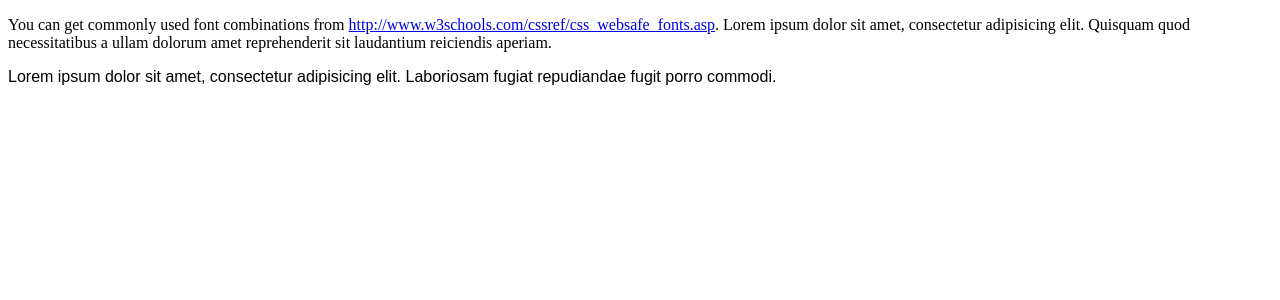
Repository: Aakarshit-Sharma19/Basic-HTML-and-CSS-Page-
Page: test.html
An editor plug-in stored every save of this project. The page is shown before and after the next save, followed by the edit.
The browser window is 1280 px wide. The pictures show the whole page.

Above is the page before, as saved 2020-11-08 11:33:28.

### test.html
<!DOCTYPE html>
<html>
<head>
<meta charset="utf-8">
<title>Styling Text</title>
<style>
.style {
    font-family: Arial, Helvetica, sans-serif;
}
</style>
</head>
<body>
<p>You can get commonly used font combinations from <a href="http://www.w3schools.com/cssref/css_websafe_fonts.asp">http://www.w3schools.com/cssref/css_websafe_fonts.asp</a>. Lorem ipsum dolor sit amet, consectetur adipisicing elit. Quisquam quod necessitatibus a ullam dolorum amet reprehenderit sit laudantium reiciendis aperiam. </p>
<p class="style">Lorem ipsum dolor sit amet, consectetur adipisicing elit. Laboriosam fugiat repudiandae fugit porro commodi.</p>
</body>
</html>

After the next save:
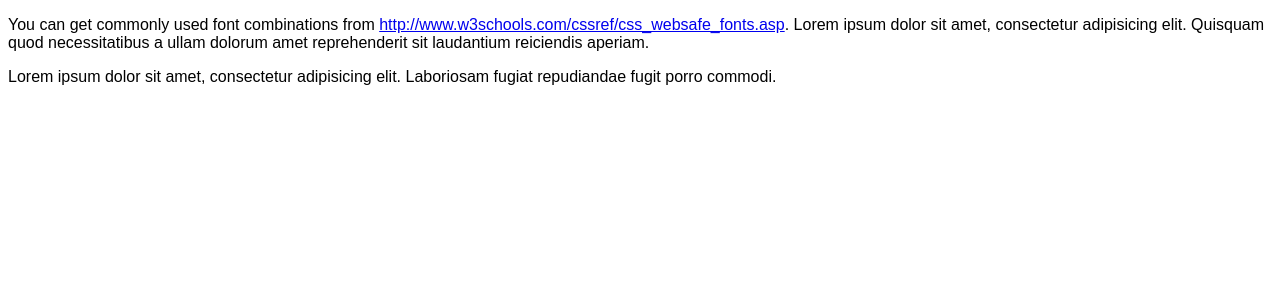
Saved 60 s later.
--- a/test.html
+++ b/test.html
@@ -4,7 +4,7 @@
 <meta charset="utf-8">
 <title>Styling Text</title>
 <style>
-.style {
+html {
     font-family: Arial, Helvetica, sans-serif;
 }
 </style>

After the save that followed:
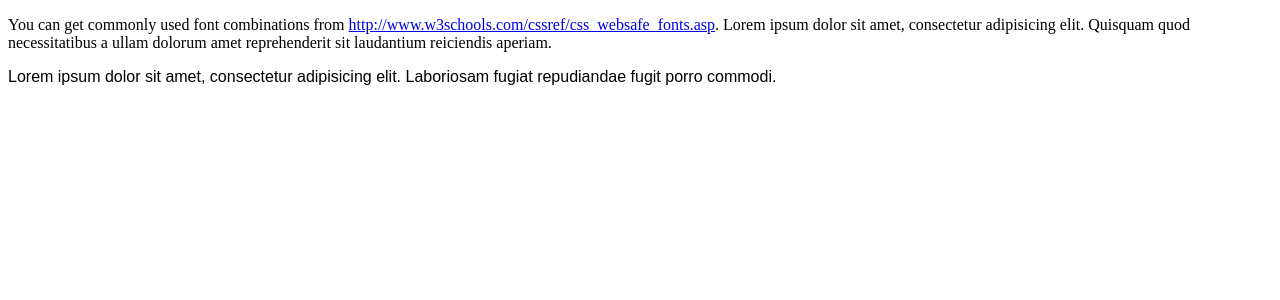
Saved 6 s later.
--- a/test.html
+++ b/test.html
@@ -4,7 +4,7 @@
 <meta charset="utf-8">
 <title>Styling Text</title>
 <style>
-html {
+.style {
     font-family: Arial, Helvetica, sans-serif;
 }
 </style>
